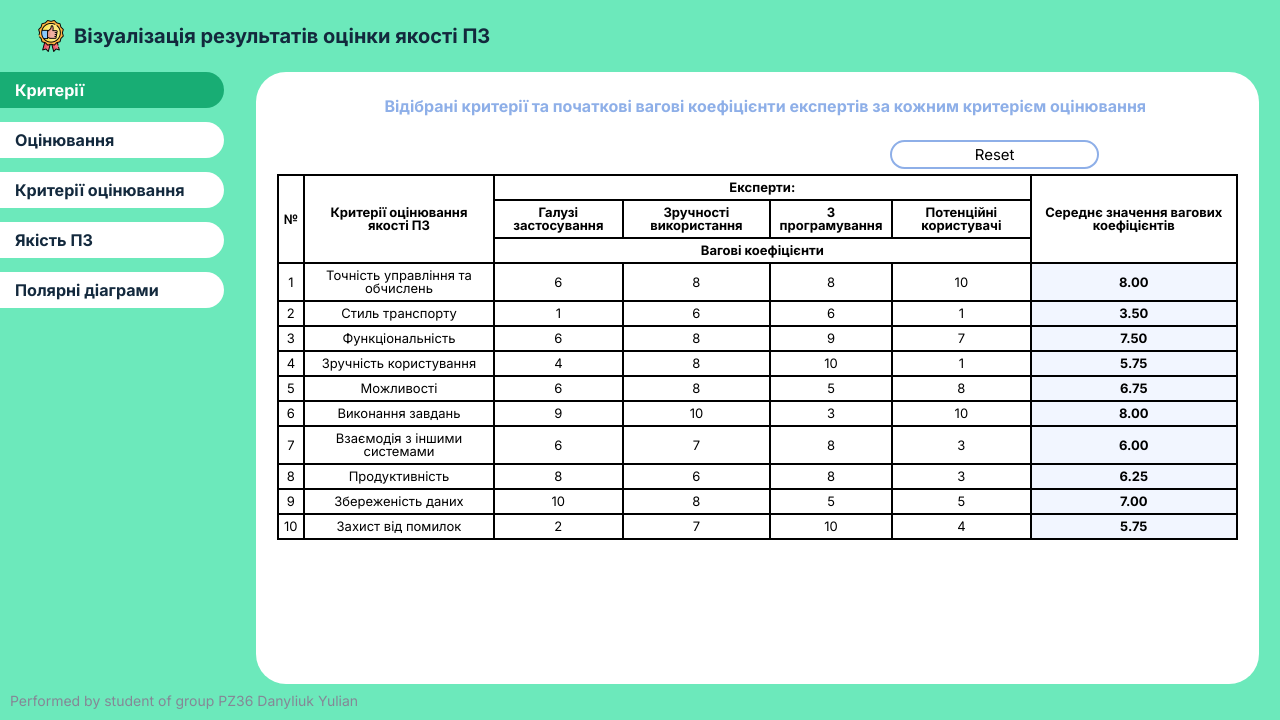
Repository: Akmitliviy/SA
Page: Lab06/lab6/Criteria.html
These files come from the project's save history. The page is drawn as it stood at one moment and after the next save; the edit follows.
The browser window is 1280 px wide. The pictures show the whole page.

Above is the page before, as saved 2023-12-07 00:05:54.

### Lab06/lab6/Criteria.html
<!DOCTYPE html>
<html lang="en">

<head>

    <meta charset="utf-8">
    <meta http-equiv="X-UA-Compatible" content="IE=edge">
    <meta name="viewport" content="width=device-width, initial-scale=1, shrink-to-fit=no">
    <meta name="description" content="">
    <meta name="author" content="">

    <title>Results visualization</title>
    <script src="https://cdnjs.cloudflare.com/ajax/libs/mathjs/11.3.0/math.min.js"></script>
    <link rel="shortcut icon" type="image/png" href="img/icon.png">

    <!-- Custom fonts for this template-->
    <link href="vendor/fontawesome-free/css/all.min.css" rel="stylesheet" type="text/css">
    <link
        href="https://fonts.googleapis.com/css?family=Nunito:200,200i,300,300i,400,400i,600,600i,700,700i,800,800i,900,900i"
        rel="stylesheet">

    <!-- Custom styles for this template-->
    <link rel="stylesheet" href="https://fonts.googleapis.com/css2?family=Inter:wght@400;700&display=swap">
    <link href="css/sb-admin-2.css" rel="stylesheet">
    <link href="css/ResultsVisualization.css" rel="stylesheet">
</head>

<body id="page-top">

    <!-- Topbar -->
    <nav class="navbar">
        <!-- Sidebar Toggler (Sidebar) -->
        <div class="d-flex align-items-center justify-content-left">
            <img class="pl-4" src="img/icon.png" alt="icon">
            <span class="ml-2">Візуалізація результатів оцінки якості ПЗ</span>
        </div>
        <!-- Topbar Navbar -->
        <ul class="navbar-nav ml-auto">

        </ul>
    </nav>
    <!-- End of Topbar -->

    <!-- Page Wrapper -->
    <div id="wrapper">

        <!-- Sidebar -->
        <ul class="navbar-nav  sidebar  accordion" id="accordionSidebar">

            <li class="nav-item">
                <a class="nav-link pb-2" >
                    <div class="d-flex align-items-center justify-content-left"  style="background-color: rgb(24, 173, 116); color: white;">
                        <span>Критерії</span>
                    </div>
                </a>
            </li>

            <li class="nav-item">
                <a class="nav-link pt-2 pb-2" href="Evaluation.html">
                    <div class="d-flex align-items-center justify-content-left">
                        <span>Оцінювання</span>
                    </div>
                </a>
            </li>

            <li class="nav-item">
                <a class="nav-link pt-2 pb-2" href="EvaluationCriteria.html">
                    <div class="d-flex align-items-center justify-content-left">
                        <span>Критерії оцінювання</span>
                    </div>
                </a>
            </li>

            <li class="nav-item">
                <a class="nav-link pt-2 pb-2" href="SoftwareQuality.html">
                    <div class="d-flex align-items-center justify-content-left">
                        <span>Якість ПЗ</span>
                    </div>
                </a>
            </li>

            <li class="nav-item">
                <a class="nav-link pt-2 pb-2" href="PolarDiagrams.html">
                    <div class="d-flex align-items-center justify-content-left">
                        <span>Полярні діаграми</span>
                    </div>
                </a>
            </li>

        </ul>
        <!-- End of Sidebar -->

        <!-- Content Wrapper -->
        <div id="content-wrapper" class="d-flex flex-column">
            <!-- Main Content -->
            <div id="content">
                <div id="criteria-content" class="tabcontent"  style="border-radius: 30px;">
                    <div  style="width: 100%;">
                        <p class="mt-4 mb-4 ml-4">Відібрані критерії та початкові вагові коефіцієнти експертів за кожним критерієм оцінювання</p>
                        <div class="d-flex justify-content-end" style="margin-right: 10px;">
                            <button class="select-all" onclick="reset(this)" data-table="0" data-key="table1Key" data-i1="3" data-i2="13" data-j1="2" data-j2="7">Reset</button>
                        </div>
                        <div class="ml-4 table-1"></div>
                    </div>
                </div>

                <!-- Page Heading -->
            </div>
            <!-- End of Main Content -->
        </div>
        <!-- End of Content Wrapper -->
    </div>
    <!-- End of Page Wrapper -->

    <!-- Footer -->
    <footer class="footer">

            <div class="copyright text-left my-auto">
                <span>Performed by student of group PZ36 Danyliuk Yulian</span>
            </div>

    </footer>
    <!-- End of Footer -->

    <!-- Bootstrap core JavaScript-->
    <script src="vendor/jquery/jquery.min.js"></script>
    <script src="vendor/bootstrap/js/bootstrap.bundle.min.js"></script>

    <!-- Core plugin JavaScript-->
    <script src="vendor/jquery-easing/jquery.easing.min.js"></script>

    <!-- Custom scripts for all pages-->
    <script src="js/sb-admin-2.js"></script>
    <script src="js/functions.js"></script>
    <script src="js/createTable1.js"></script>
</body>

</html>

### Lab06/lab6/css/ResultsVisualization.css
  /*Обнулення*/
  *{
      padding: 0;
      margin: 0;
      border: 0;
    }
    *,*:before,*:after{
      -moz-box-sizing: border-box;
      -webkit-box-sizing: border-box;
      box-sizing: border-box;
    }
    :focus,:active{outline: none;}
    a:focus,a:active{outline: none;}
    nav,footer,header,aside{display: block;}
    html,body{
      height: 100%;
      width: 100%;
      font-size: 100%;
      line-height: 1;
      font-size: 14px;
      -ms-text-size-adjust: 100%;
      -moz-text-size-adjust: 100%;
      -webkit-text-size-adjust: 100%;
    }
    input,button,textarea{font-family:inherit;}
    input::-ms-clear{display: none;}
    button{cursor: pointer;}
    button::-moz-focus-inner {padding:0;border:0;}
    a, a:visited{text-decoration: none;}
    a:hover{text-decoration: none;}
    ul li{list-style: none;}
    img{vertical-align: top;}
    h1,h2,h3,h4,h5,h6{font-size:inherit;font-weight: 400;}

  body {
      background-color: rgb(108, 233, 187);
      overflow: hidden; /* Заборона прокрутки на рівні тіла сторінки */
      height: 100%;
      margin: 0;
      font-family: 'Inter', sans-serif;
  }

  .navbar{
    height: 10%;
  }

  .nav-item img {
      width: 25%;
  }

  #wrapper {
      height: 85%; /* 100% висота відносно видимого вікна */
      overflow: hidden; /* Заборона прокрутки в обгортці */
  }

  #content-wrapper {
      /*height: calc(100vh - 56px); /* 56px - висота вашого навбару */
      overflow: hidden;
      display: flex;
      flex-direction: column;
      position: relative; /* Зробимо wrapper відносної позиції */
  }

  #content {
      flex-grow: 1;
      overflow-y: auto;
      overflow: hidden;
  }

  .footer {
      height: 5%;
      background-color: transparent; /* Колір фону вашого футера */
      padding: 10px;
      text-align: center;
      margin-top: auto; /* Розміщення футера внизу контейнера */
  }

  .nav-item span {
    font-family: 'Inter', sans-serif;
    font-weight: bold;
    font-size: 40px;
    margin-left: 5px;
  }

  .nav-item div {
    color: #13293D;
    text-decoration: none;
    background-color: white;
    border-top-right-radius: 30px;
    border-bottom-right-radius: 30px;
    padding: 10px;
  }

  .nav-item img {
    width: 20%;
    margin-right: 10px;
    height: 30px;
    width: 30px;
  }

  .navbar span {
    font-family: 'Inter', sans-serif;
    font-weight: bold;
    font-size: 20px;
    margin-left: 5px;
    color:#13293D;
  }

  .tabs {
    position: absolute;
    top: 0;
    left: 98.35%;
    transform: translateX(-100%);
    z-index: 2;
    background-color: #D6DEEE;
    display: flex;
    flex-direction: row;
    padding-top: 38px;
    width: max-content; /* Змінено на max-content */
  }


.sidebar-toggled .tabs {
      left: 98% !important;
}


  .tablink {
    background-color: rgb(24, 173, 116);
    color: rgb(24, 173, 116);
    border: none;
    outline: none;
    cursor: pointer;
    padding: 10px 8px;
    font-size: 13px;
    font-weight: 600;
    box-sizing: border-box;
    text-align: center;
    border-top-left-radius: 10px;
    border-top-right-radius: 10px;
  }

  .tablink:hover {
    background-color: rgb(24, 173, 116)
    }


#defaultOpen {
  background-color: white;
  color: #8EAFE8;
}

.tabcontent {
  display: flex;
  flex-direction: row;
  align-items: stretch;
  margin-right: 5%;
  margin-left: 3%;
}

#criteria-content,
#field-diagram-content,
#usability-diagram-content,
#programming-diagram-content,
#users-diagram-content,
#aggregated-diagram-content,
#generalized-diagram-content,
#expert-evaluation-content,
#user-evaluation-content,
#expert-type-content,
#calculation-results-content{
    background-color: white;
    height: 100%;
    width: 95%;
    overflow: hidden;
  }

p{
  color: #8EAFE8;
  font-size: 16px;
  font-weight: bold;
  padding: 5px 5px 5px 0px;
  text-align: center;
}

.table-container {
  max-height: 100px; /* Set a max height for the container */
  overflow-y: auto; /* Enable vertical scrolling */
  margin-bottom: 15px;
}

table, th, td {
  border: 2px solid black;
  font-family: 'Inter', sans-serif;
  font-size: 13px;
  color: black;
  padding: 5px;
  text-align: center;
}

.select-all{
  font-family: 'Inter', sans-serif;
  font-size: 15px;
  border-radius: 20px;
  border: solid #8EAFE8 2px;
  background-color: white;
  width: 21%;
  margin-left: auto;
  margin-bottom: 5px;
  margin-right: 150px;
  padding: 5px;
}


/* Зелений колір для низького пріоритету */
.low-priority {
  background-color: #CCFFE5; /* Зелений колір */
}

/* Жовтий колір для середнього пріоритету */
.medium-priority {
  background-color: #FFFFCC; /* Жовтий колір */
}

/* Червоний колір для високого пріоритету */
.high-priority {
  background-color: #FFCCCC; /* Червоний колір */
}

input {
  background-color: transparent;
}

.invalid-input {
  background-color: #ffe6e6; /* Фон червоного кольору */
  color: red; /* Колір тексту червоний */
}

.table-2,
.table-3 {
  width: 100%; /* або будь-яке інше значення, яке вам потрібно */
  height: 433px; /* або будь-яке інше значення, яке вам потрібно */
  overflow: auto; /* додати горизонтальний та вертикальний scrollbars, коли вони необхідні */
  padding-right: 20px;
}

.table-1 tr td:last-child,
.table-2 tr td:last-child,
.table-3 tr td:last-child,
.table-4 tr td:last-child {
  background-color: #F2F6FF;
  font-weight: bold;
}

.centered-items {
  display: flex;
  align-items: center;     /* Center items vertically */
  flex-direction: column;  /* Stack children vertically */
}

.canvaDiagram {
  margin-top: 80px;
}

### Lab06/lab6/js/sb-admin-2.js
(function($) {
  "use strict"; // Start of use strict

  // Toggle the side navigation
  $("#sidebarToggle, #sidebarToggleTop").on('click', function(e) {
    $("body").toggleClass("sidebar-toggled");
    $(".sidebar").toggleClass("toggled");
    if ($(".sidebar").hasClass("toggled")) {
      $('.sidebar .collapse').collapse('hide');
    };
  });

  // Close any open menu accordions when window is resized below 768px
  $(window).resize(function() {
    if ($(window).width() < 768) {
      $('.sidebar .collapse').collapse('hide');
    };

    // Toggle the side navigation when window is resized below 480px
    if ($(window).width() < 480 && !$(".sidebar").hasClass("toggled")) {
      $("body").addClass("sidebar-toggled");
      $(".sidebar").addClass("toggled");
      $('.sidebar .collapse').collapse('hide');
    };
  });

  // Prevent the content wrapper from scrolling when the fixed side navigation hovered over
  $('body.fixed-nav .sidebar').on('mousewheel DOMMouseScroll wheel', function(e) {
    if ($(window).width() > 768) {
      var e0 = e.originalEvent,
        delta = e0.wheelDelta || -e0.detail;
      this.scrollTop += (delta < 0 ? 1 : -1) * 30;
      e.preventDefault();
    }
  });

  // Scroll to top button appear
  $(document).on('scroll', function() {
    var scrollDistance = $(this).scrollTop();
    if (scrollDistance > 100) {
      $('.scroll-to-top').fadeIn();
    } else {
      $('.scroll-to-top').fadeOut();
    }
  });

  // Smooth scrolling using jQuery easing
  $(document).on('click', 'a.scroll-to-top', function(e) {
    var $anchor = $(this);
    $('html, body').stop().animate({
      scrollTop: ($($anchor.attr('href')).offset().top)
    }, 1000, 'easeInOutExpo');
    e.preventDefault();
  });

})(jQuery); // End of use strict

### Lab06/lab6/js/functions.js
// 1. Функція для заповнення числами.
function fillRandomNumber() {
    return Math.floor(Math.random() * 10) + 1;
}

// 2. Функція для перевірки введеного числа.
function validateInput(event) {
    var value = parseFloat(event.target.textContent);

    if (isNaN(value) || value < 1 || value > 10) {
        event.target.classList.add('invalid-input');

        setTimeout(() => {
            alert('Значення має бути в межах [1;10]!');
        }, 100)
    } else {
        event.target.classList.remove('invalid-input');
    }
}


// 3. Функція для обчислення середнього значення.
function calculateAverage(table, i1, i2, j1, j2) {
    for(let i = i1; i < i2; i++) {
        let row = table.rows[i];
        let sum = 0;
        for (let j = j1; j < j2-1; j++) {
            sum += parseFloat(row.cells[j].textContent);
        }
        let avg = (sum / (j2-j1-1)).toFixed(2);
        row.cells[(j2-j1-1) + 2].textContent = avg;
    }
}

// 4. Функція для видалення всіх рядків таблицф
function clearAllRows(tbody) {
    while (tbody.firstChild) {
        tbody.removeChild(tbody.firstChild);
    }
}


// 5. Функція для заповнення статичної інформації
function fillTableWithStaticData(table) {
    let criteria = [
        "Точність управління та обчислень",
        "Стиль транспорту",
        "Функціональність",
        "Зручність користування",
        "Можливості",
        "Виконання завдань",
        "Взаємодія з іншими системами",
        "Продуктивність",
        "Збереженість даних",
        "Захист від помилок"
    ];
    const rows = table.querySelectorAll("tbody tr");

    for(let i = 0; i < rows.length; i++) {
        const cells = rows[i].cells;
        cells[0].textContent = i + 1;
        if(criteria[i]) {
            cells[1].textContent = criteria[i];
        }
    }
}

// 6. Функція для заповнення випадкових чисел
function fillTableWithRandomNumbers(table,key, i1, i2, j1, j2) {
    var jsonData = localStorage.getItem(key);

    if (jsonData) {
        fillDataFromLocalStorage(table,key, i1, i2, j1, j2);
        return;
    }

    for(let i = i1; i < i2; i++) {
        for(let j = j1; j < j2; j++) {
            table.rows[i].cells[j].textContent = fillRandomNumber();
        }
    }
}

// 7. Функція для прослуховування зміни в комірках
function addInputListeners(table, i1, i2, j1, j2) {
    const cells = table.querySelectorAll("tbody td");
    cells.forEach(cell => {
        cell.addEventListener('input', function() {
            calculateAverage(table, i1, i2, j1, j2);
            saveDataToLocalStorage(table,table.getAttribute("data-key") , i1, i2, j1, j2);
        });
    });
}

// 8. Функція для генерації комірок таблиці
function generateTableRows(n, m, tbody) {
    for(let i = 0; i < n; i++) {
        let row = document.createElement("tr");
        for(let j = 0; j < m; j++) {
            let td = document.createElement("td");
            if (j >= 2 && j < m - 1) {
                td.contentEditable = "true";
                td.addEventListener('input', function(event) {
                    validateInput(event);
                    calculateAverage(row);
                });
            }
            row.appendChild(td);
        }
        tbody.appendChild(row);
    }
}

function saveDataToLocalStorage(table,key, i1, i2, j1, j2) {
    //localStorage.clear();
    localStorage.removeItem(key);
    var rows = table.querySelectorAll('tr');
    var dataArray = [];

    for (var i = i1; i < i2; i++) {
        var row = rows[i];
        var cells = row.querySelectorAll('td');
        var rowData = {};
        for (var j = j1; j < j2; j++) {
            rowData['cell' + j] = cells[j].textContent;
        }

        dataArray.push(rowData);
    }

    // Перетворити масив у рядок JSON
    var jsonData = JSON.stringify(dataArray);
    // Зберегти у Local Storage
    localStorage.setItem(key, jsonData);
}

function fillDataFromLocalStorage(table, key, i1, i2, j1, j2) {
    var jsonData = localStorage.getItem(key);

    var dataArray = JSON.parse(jsonData);
    //console.log("dataArray");
    //console.log(dataArray);
    var rows = table.querySelectorAll('tr');

    for (var i = 0; i < rows.length - i1; i++) { //0...10
        var row = rows[i + i1];
        var cells = row.querySelectorAll('td');

        var rowData = dataArray[i];
        //console.log(rowData);
        for (var j = j1; j < j2-1; j++) {
            var key = 'cell' + j;
            cells[j].textContent = rowData[key];
        }
    }
}

function reset(event) {
    //localStorage.clear();
    localStorage.removeItem(event.dataset.key);
    var i1 = parseInt(event.dataset.i1);
    var i2 = parseInt(event.dataset.i2);
    var j1 = parseInt(event.dataset.j1);
    var j2 = parseInt(event.dataset.j2);
    let table = document.querySelectorAll("table")[event.dataset.table];
    fillTableWithRandomNumbers(table,event.dataset.key, i1, i2, j1, j2);
    addInputListeners(table, i1, i2, j1, j2);
    calculateAverage(table, i1, i2, j1, j2);
    saveDataToLocalStorage(table,event.dataset.key, i1, i2, j1, j2);
}

function removeInputEventListenersFromTable(table) {
    // Проходимо по всіх рядках таблиці
    for (let i = 0; i < table.rows.length; i++) {
        // Проходимо по всіх комірках рядка
        for (let j = 0; j < table.rows[i].cells.length; j++) {
            let td = table.rows[i].cells[j];
            // Видаляємо обробник подій "input"
            td.contentEditable = "false";
            td.removeEventListener('input', td._inputEventHandler);
        }
    }
}


function fillCoef(table, cell) {
    let localStorageArray = JSON.parse(localStorage.getItem('table1Key'));
    if (!localStorageArray) return;
    for(let i = 0; i < 10; i++) {
        table.rows[i+1].cells[2].textContent = parseFloat(localStorageArray[i][cell]);
    }
}

function fillPartOfCircle(table) {
    let sum = 0;
    for(let i = 0; i < 10; i++) {
        sum += parseFloat(table.rows[i + 1].cells[2].textContent);
    }
    for(let i = 0; i < 10; i++) {
        table.rows[i + 1].cells[3].textContent = (parseFloat(table.rows[i + 1].cells[2].textContent) / sum * 360 ).toFixed(2);
    }
}

function fillAlphaAngel(table) {
    table.rows[1].cells[4].textContent = (parseFloat(table.rows[1].cells[3].textContent) +
                                         (0 - parseFloat(table.rows[1].cells[3].textContent) ) / 2).toFixed(2);
    for(let i = 1; i < 10; i++) {
        table.rows[i+1].cells[4].textContent = (parseFloat(table.rows[i].cells[4].textContent) +
                                               parseFloat(table.rows[i+1].cells[3].textContent)).toFixed(2);
    }
}

function fillBetaAngel(table) {
    table.rows[1].cells[5].textContent = "0.00";
    for(let i = 1; i < 10; i++) {
        table.rows[i+1].cells[5].textContent = ((parseFloat(table.rows[i].cells[4].textContent) +
                                               parseFloat(table.rows[i+1].cells[4].textContent))/2).toFixed(2);
    }

    for(let i = 0; i < 10; i++) {
        table.rows[i+1].cells[6].textContent = (parseFloat(table.rows[i+1].cells[5].textContent) * (Math.PI / 180)).toFixed(2);
    }
}

function fillVectorLenght(table, n) {
    let localStorageArray = JSON.parse(localStorage.getItem('table5Key'));
    if (!localStorageArray) return;

    let coeff = parseFloat(localStorageArray[n]['cell2']);

    localStorageArray = JSON.parse(localStorage.getItem('table2Key'));

    for(let i = 0; i < 10; i++) {
        table.rows[i+1].cells[7].textContent = (parseFloat(localStorageArray[i]['cell' + (n+2)]) *
                                               parseFloat(table.rows[i+1].cells[2].textContent) * coeff).toFixed(2);
    }
}

function fillABside(table) {
    for(let i = 0; i < 10; i++) {
        table.rows[i+1].cells[8].textContent = (parseFloat(table.rows[i+1].cells[7].textContent) *
                                                Math.sin(parseFloat(table.rows[i+1].cells[6].textContent))).toFixed(2);

        table.rows[i+1].cells[9].textContent = (parseFloat(table.rows[i+1].cells[7].textContent) *
                                                Math.cos(parseFloat(table.rows[i+1].cells[6].textContent))).toFixed(2);
    }
}

function fillSquare(table) {
    for(let i = 0; i < 9; i++) {
        table.rows[i+1].cells[10].textContent = (Math.abs(parseFloat(table.rows[i+1].cells[8].textContent)*
        parseFloat(table.rows[i+2].cells[9].textContent) -
        parseFloat(table.rows[i+1].cells[9].textContent)*
        parseFloat(table.rows[i+2].cells[8].textContent))).toFixed(2);
    }

    table.rows[10].cells[10].textContent = (Math.abs(parseFloat(table.rows[10].cells[8].textContent)*
        parseFloat(table.rows[1].cells[9].textContent) -
        parseFloat(table.rows[10].cells[9].textContent)*
        parseFloat(table.rows[1].cells[8].textContent))).toFixed(2);
}

function calculateFullSquareAndShareOfQuality(table, textField) {
    let sum = 0;
    for(let i = 0; i < 10; i++) {
        sum += parseFloat(table.rows[i+1].cells[10].textContent);
    }
    const full = 31415.93;

    const element = document.getElementById(textField);
    element.innerHTML = 'Sₖₚ₁ = 31415.93 ум.од.' + '<br>' +
                          'S₆ₖ = ' + (sum / 2).toFixed(2) + ' ум.од.' +
                          '<br>' + 'z₁ = ' + (sum /2 / full).toFixed(2) + ' ум.од.';
}

### Lab06/lab6/js/createTable1.js
function generateTable1() {
    let div = document.querySelector(".table-1");

    let table = document.createElement("table");
    table.style.border = "1";

    // Заголовки
    let thead = document.createElement("thead");
    let headerRow1 = document.createElement("tr");
    let headerRow2 = document.createElement("tr");
    let headerRow3 = document.createElement("tr");

    ["№", "Критерії оцінювання якості ПЗ", "Експерти:", "Середнє значення вагових коефіцієнтів"].forEach((text, index) => {
        let th = document.createElement("th");
        if (index === 2) th.colSpan = "4";
        else if (index === 3) th.rowSpan = "3";
        else th.rowSpan = "3";
        th.textContent = text;
        headerRow1.appendChild(th);
    });
    thead.appendChild(headerRow1);

    ["Галузі застосування", "Зручності використання", "З програмування", "Потенційні користувачі"].forEach(text => {
        let th = document.createElement("th");
        th.textContent = text;
        headerRow2.appendChild(th);
    });
    thead.appendChild(headerRow2);

    let thWeighted = document.createElement("th");
    thWeighted.colSpan = "4";
    thWeighted.textContent = "Вагові коефіцієнти";
    headerRow3.appendChild(thWeighted);
    thead.appendChild(headerRow3);

    table.appendChild(thead);

    let tbody = document.createElement("tbody");

    generateTableRows(10, 7, tbody);
    table.appendChild(tbody);
    table.classList.add("mr-4");
    table.setAttribute("data-key", "table1Key");
    div.appendChild(table);

    fillTableWithStaticData(table);
    fillTableWithRandomNumbers(table,table.getAttribute("data-key"), 3, 13, 2, 7);
}

window.onload = function() {
    generateTable1();
    let table = document.querySelectorAll("table")[0];
    addInputListeners(table, 3, 13, 2, 7);
    calculateAverage(table, 3, 13, 2, 7);
    saveDataToLocalStorage(table,table.getAttribute("data-key"), 3, 13, 2, 7);
}

Loaded but not shown: Lab06/lab6/vendor/fontawesome-free/css/all.min.css (library); Lab06/lab6/css/sb-admin-2.css (library); Lab06/lab6/vendor/jquery/jquery.min.js (library); Lab06/lab6/vendor/bootstrap/js/bootstrap.bundle.min.js (library); Lab06/lab6/vendor/jquery-easing/jquery.easing.min.js (common file)

After the next save:
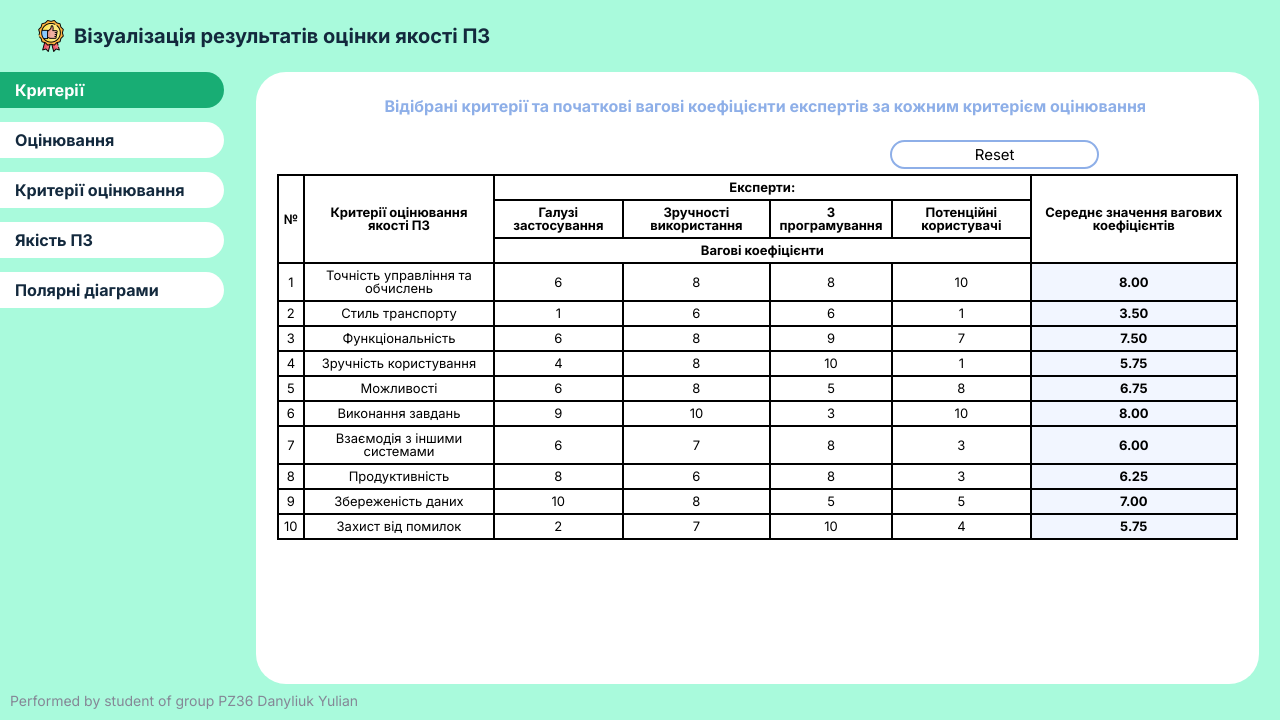
Saved 17 s later.
--- a/Lab06/lab6/css/ResultsVisualization.css
+++ b/Lab06/lab6/css/ResultsVisualization.css
@@ -33,7 +33,7 @@
     h1,h2,h3,h4,h5,h6{font-size:inherit;font-weight: 400;}
 
   body {
-      background-color: rgb(108, 233, 187);
+      background-color: rgb(169, 250, 220);
       overflow: hidden; /* Заборона прокрутки на рівні тіла сторінки */
       height: 100%;
       margin: 0;
